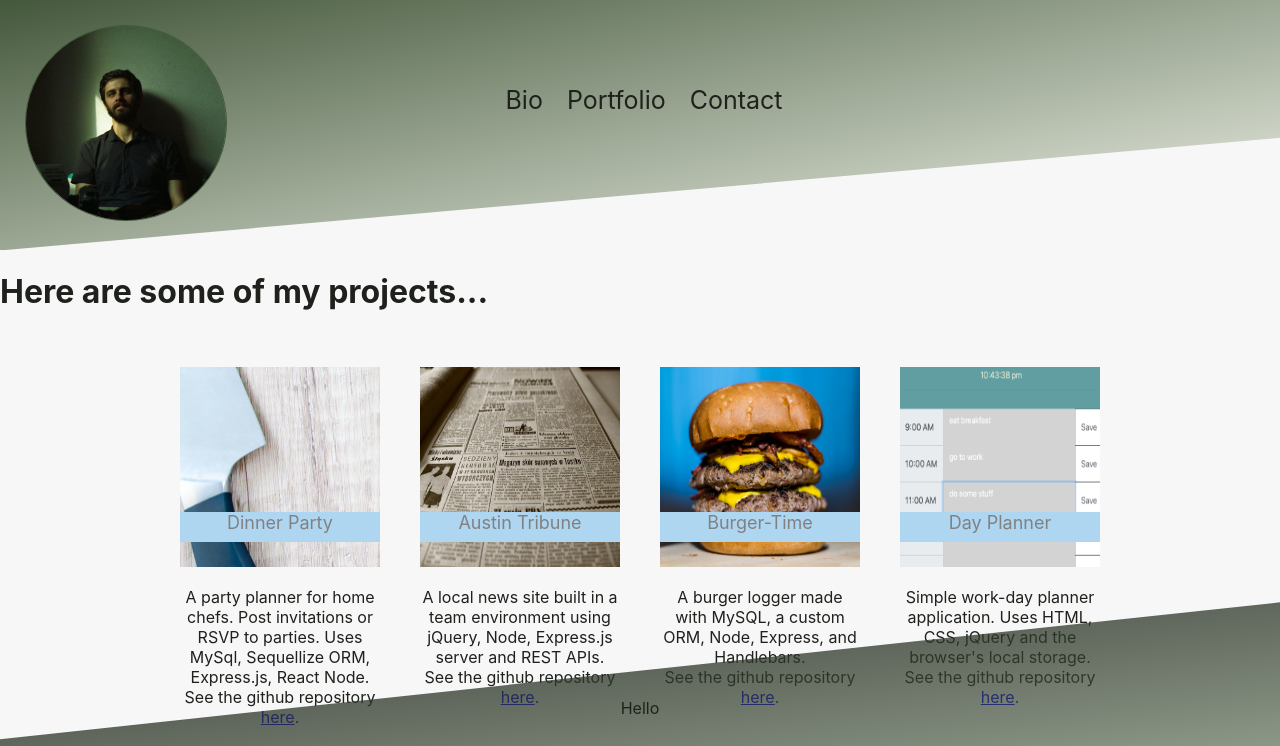
Repository: joeldelatte/react-portfolio
Page: /portfolio (app in client/)
The author's editor kept a copy of each file at every save. The page is drawn from the files as they stood at one save, then again after the next save.
The browser window is 1280 px wide. The pictures show the whole page.
The project was rebuilt for these pictures with package versions that can differ from the ones it lists, and the page was loaded fresh each time. Also part of the build but not shown: client/src/Components/Bio/Bio.js, client/src/Components/Contact/Contact.js.

Above is the page before, as saved 2020-07-12 14:21:56.

### client/public/index.html
<!doctype html>
<html lang="en">
  <head>
    <meta charset="utf-8">
    <meta name="viewport" content="width=device-width, initial-scale=1, shrink-to-fit=no">
    <meta name="theme-color" content="#000000">
    <!--
      manifest.json provides metadata used when your web app is added to the
      homescreen on Android. See https://developers.google.com/web/fundamentals/engage-and-retain/web-app-manifest/
    -->
    <link rel="manifest" href="%PUBLIC_URL%/manifest.json">
    <link rel="shortcut icon" href="%PUBLIC_URL%/favicon.ico">
    <!--
      Notice the use of %PUBLIC_URL% in the tags above.
      It will be replaced with the URL of the `public` folder during the build.
      Only files inside the `public` folder can be referenced from the HTML.

      Unlike "/favicon.ico" or "favicon.ico", "%PUBLIC_URL%/favicon.ico" will
      work correctly both with client-side routing and a non-root public URL.
      Learn how to configure a non-root public URL by running `npm run build`.
    -->
    <title>Joel Delatte</title>
  </head>
  <body>
    <noscript>
      You need to enable JavaScript to run this app.
    </noscript>
    <div id="root"></div>
    <!--
      This HTML file is a template.
      If you open it directly in the browser, you will see an empty page.

      You can add webfonts, meta tags, or analytics to this file.
      The build step will place the bundled scripts into the <body> tag.

      To begin the development, run `npm start` or `yarn start`.
      To create a production bundle, use `npm run build` or `yarn build`.
    -->
  </body>
</html>

### client/src/index.css
body {
  height:100%;
  min-height: 100%;
  margin: 0;
  padding: 0;
  border: 0;
  font-family: -apple-system, BlinkMacSystemFont, 'Segoe UI', 'Roboto', 'Oxygen',
    'Ubuntu', 'Cantarell', 'Fira Sans', 'Droid Sans', 'Helvetica Neue',
    sans-serif;
  -webkit-font-smoothing: antialiased;
  -moz-osx-font-smoothing: grayscale;
  background-color: rgb(247, 247, 247);
  color: rgb(31,33,28);
}

code {
  font-family: source-code-pro, Menlo, Monaco, Consolas, 'Courier New',
    monospace;
}

### client/src/App.js
import React from 'react';
import {BrowserRouter as Router, Route, Switch, Link} from "react-router-dom";
import './App.css';
import Bio from "./Components/Bio/Bio";
import Nav from "./Page/Nav";
import Contact from "./Components/Contact/Contact";
import Portfolio from "./Components/Portfolio/Portfolio";

export default function App() {
  return (
    <>
      <Router>
        <Nav />
        <Switch>
          <Route exact path="/">
            <Bio />
          </Route>
          <Route exact path="/contact">
            <Contact />
          </Route>
          <Route exact path="/portfolio">
            <Portfolio />
          </Route>
        </Switch>
      </Router>
      <footer>Hello</footer>
    </>
  );
}

### client/src/App.css

footer {
    margin-top: auto;
    height: 3rem;
    padding-top: 6rem;
    /* background-color: rgb(68,88,60); */
    background-image: linear-gradient(to right bottom, rgba(31,33,28, 0.901), rgba(68,88,60, 0.601));
    -webkit-clip-path: polygon(0 95%, 100% 0, 100% 100%, 0 100%);
    clip-path: polygon(0 95%, 100% 0, 100% 100%, 0 100%);
    text-align: center;
  }

### client/src/Page/Nav.js
import React from "react";
import {BrowserRouter as Router, Route, Switch, Link} from "react-router-dom";
import Avatar from "./Avatar";
import "./Page.css";

function Nav () {
    return (
      <div className="header">
        <Avatar />
        <div className="nav">
          <Link to="/">Bio</Link>
          <Link to="/portfolio">Portfolio</Link>
          <Link to="/contact">Contact</Link>
        </div>
      </div>
    );
};

export default Nav;

### client/src/Components/Portfolio/Portfolio.js
import React from "react";

import Dayplanner from "../Portfolio/images/dayplanner.png";
import NewsPaper from "../Portfolio/images/austin1.jpeg";
import Burger from "../Portfolio/images/burger.jpg"
import Knife from "../Portfolio/images/knife.png"

import './portfolio.css';

export default function Portfolio() {


    return (
      <div className="container">
        <h1>Here are some of my projects...</h1>
        <div className="portfolio">
          <div className="projectBox">
            <a
              href="https://rocky-meadow-16617.herokuapp.com/"
              target="_blank"
              rel="noopener noreferrer"
            >
              <img className="projectPhoto" src={Knife}></img>
              <section className="projectLabel">Dinner Party</section>
            </a>
            <p>
              A party planner for home chefs. Post invitations or RSVP to
              parties. Uses MySql, Sequellize ORM, Express.js, React Node.
              <br></br>
              See the github repository{" "}
              <a href="https://github.com/joeldelatte/Poject_3_Dinner_Party">
                here
              </a>
              .
            </p>
          </div>
          <div className="projectBox">
            <a
              href="https://mmoritz8.github.io/Project-1/Joel_art/arts.html"
              target="_blank"
              rel="noopener noreferrer"
            >
              <img className="projectPhoto" src={NewsPaper}></img>
              <section className="projectLabel">Austin Tribune</section>
            </a>
            <p>
              A local news site built in a team environment using jQuery, Node,
              Express.js server and REST APIs.
              <br></br>
              See the github repository{" "}
              <a href="https://github.com/mmoritz8/Project-1">here</a>.
            </p>
          </div>
          <div className="projectBox">
            <a
              href="https://boiling-lowlands-78090.herokuapp.com/"
              target="_blank"
              rel="noopener noreferrer"
            >
              <img className="projectPhoto" src={Burger}></img>
              <section className="projectLabel">Burger-Time</section>
            </a>
            <p>
              A burger logger made with MySQL, a custom ORM, Node, Express, and
              Handlebars.
              <br></br>
              See the github repository{" "}
              <a href="https://github.com/joeldelatte/eat-da-burger">here</a>.
            </p>
          </div>
          <div className="projectBox">
            <a
              href="https://joeldelatte.github.io/day-planner/"
              target="_blank"
              rel="noopener noreferrer"
            >
              <img className="projectPhoto" src={Dayplanner}></img>
              <section className="projectLabel">Day Planner</section>
            </a>
            <p>
              Simple work-day planner application. Uses HTML, CSS, jQuery and
              the browser's local storage.
              <br></br>
              See the github repository{" "}
              <a href="https://github.com/joeldelatte/day-planner">here</a>.
            </p>
          </div>
        </div>
        <div className="space"></div>
      </div>
    );
}

### client/src/Components/Bio/bio.css
.container {
    position: relative;
}

.bio {
    min-height: 100%;
    padding: 15px;
    max-width: 50%;
    margin: 0 auto;
    text-align: center;
    padding-bottom: -5rem;
}

.bio p {
    text-align: center;
}

footer {
  height: 3rem;
  padding-top: 6rem;
  /* background-color: rgb(68,88,60); */
  background-image: linear-gradient(to right bottom, rgba(31,33,28, 1), rgba(68,88,60, 0.501));
  -webkit-clip-path: polygon(0 95%, 100% 0, 100% 100%, 0 100%);
  clip-path: polygon(0 95%, 100% 0, 100% 100%, 0 100%);
  text-align: center;
}


    @media only screen and (max-width: 768px) {
        .viewContainer {
            margin-left: 110px;
        }
    }

### client/src/Page/Avatar.js
import React from "react";
import Portrait from "./images/joel_d.png"
import "./Page.css";

function Avatar () {

    return (
      <div>
          <img src={Portrait} alt="avatar"  className="avatar" />
      </div>
    );
};

export default Avatar;

### client/src/Page/Page.css
.header {
  /* height: 38%; */
  background-image: linear-gradient(to right bottom, rgba(68,88,60, 1), rgba(241,246,226, 0.501));
  background-size: cover;
  background-position: top;
  position: relative;
  -webkit-clip-path: polygon(0 0, 100% 0, 100% 55%, 0 100%);
  clip-path: polygon(0 0, 100% 0, 100% 55%, 0 100%);
  position: relative;
}

  .avatar {
    border: 1px solid;
    border-color: rgb(68,88,60);
    display: inline;
    max-width: 200px;
    max-height: 200px;
    border-radius: 100%;
    margin: 25px;
    }

.nav {
    position: absolute;
    top: 40%;
    left: 50%;
    transform: translate(-50%, -50%);
    text-align: center;
}

.nav a {
    padding: 6px 8px 6px 16px;
    text-decoration: none;
    font-size: 25px;
    color: rgb(31,33,28);
    display: inline;
    text-align: center;
  }

.nav a:hover {
    color: #f1f1f1;
}

### client/src/Components/Contact/contact.css
.container {
  position: relative;
}
.contact {
    min-height: 100%;
    padding: 15px;
    max-width: 50%;
    margin: 0 auto;
    text-align: center;
    padding-bottom: -5rem;
}

.contact a {
  padding: 6px 8px 6px 16px;
  text-decoration: underline;
  font-size: 18px;
  color: black;
  display: block;
}

.contact a:hover {
  color: #818181;
}

.email-address {
  padding: 6px 8px 6px 16px;
  font-size: 18px;
}

input[type=text], select {
    width: 100%;
    padding: 12px 20px;
    margin: 8px 0;
    display: inline-block;
    border: 1px solid #ccc;
    border-radius: 4px;
    box-sizing: border-box;
  }

  input[type=submit] {
    width: 15%;
    background-color: #4CAF50;
    color: white;
    padding: 14px 20px;
    margin: 8px 0;
    border: none;
    border-radius: 4px;
    cursor: pointer;
  }

  input[type=submit]:hover {
    background-color: #45a049;
  }

textarea {
    width: 100%;
    height: 150px;
    margin: 8px 0;
    padding: 12px 20px;
    box-sizing: border-box;
    border: 1px solid #ccc;
    border-radius: 4px;
    resize: none;
  }

  footer {
    height: 3rem;
    padding-top: 6rem;
    /* background-color: rgb(68,88,60); */
    background-image: linear-gradient(to right bottom, rgba(31,33,28, 0.901), rgba(68,88,60, 0.601));
    -webkit-clip-path: polygon(0 95%, 100% 0, 100% 100%, 0 100%);
    clip-path: polygon(0 95%, 100% 0, 100% 100%, 0 100%);
    text-align: center;
  }

  @media only screen and (max-width: 768px) {
    .contact {
      margin-left: 110px;
    }
  }

### client/src/Components/Portfolio/portfolio.css
.conatiner {
    text-align: center;
}

.portfolio {
    padding: 15px;
    display: flex;
    flex-wrap: wrap;
    justify-content: center;
    text-align: center;
}

/* h1 {
    margin-left: 35%;
} */

.projectBox {
    width: 200px;
    height: 200px;
    position: relative;
    text-align: center;
    margin: 20px;
}

.projectText {
    width: 200px;
    height: 200px;
    position: relative;
    text-align: center;
    margin-top: 20px;
}

.projectLabel {
    color: #818181;
    text-align: center;
    font-size: large;
    background-color: #aed6f1;
    width: 200px;
    height: 30px;
    padding: 4;
    position: absolute;
    top: 80%;
    left: 50%;
    transform: translate(-50%, -50%);

}

.projectPhoto {
    width: 200px;
    height: 200px;
    position: relative;
    text-align: center;
}

.move {
    padding-left: 45px;
    box-sizing: content-box;
}

footer {
    margin-top: auto;
    height: 3rem;
    padding-top: 6rem;
    /* background-color: rgb(68,88,60); */
    background-image: linear-gradient(to right bottom, rgba(31,33,28, 0.901), rgba(68,88,60, 0.601));
    -webkit-clip-path: polygon(0 95%, 100% 0, 100% 100%, 0 100%);
    clip-path: polygon(0 95%, 100% 0, 100% 100%, 0 100%);
    text-align: center;
  }

/* @media only screen and (max-width: 768px) {
    .move {
        padding-left: 130px;
        box-sizing: content-box;
    }
    .portfolio {
        margin-left: 110px;
    }

    .portfolio h1 {
        margin-left: 20px;
    }

    .projectBox {
        width: 200px;
        height: 200px;
        float: left;
        position: relative;
        text-align: center;
        margin: 20px 20px 150px 20px;

    }


}  */

Loaded but not shown: client/src/index.js (common file); client/src/serviceWorker.js (common file)

After the next save:
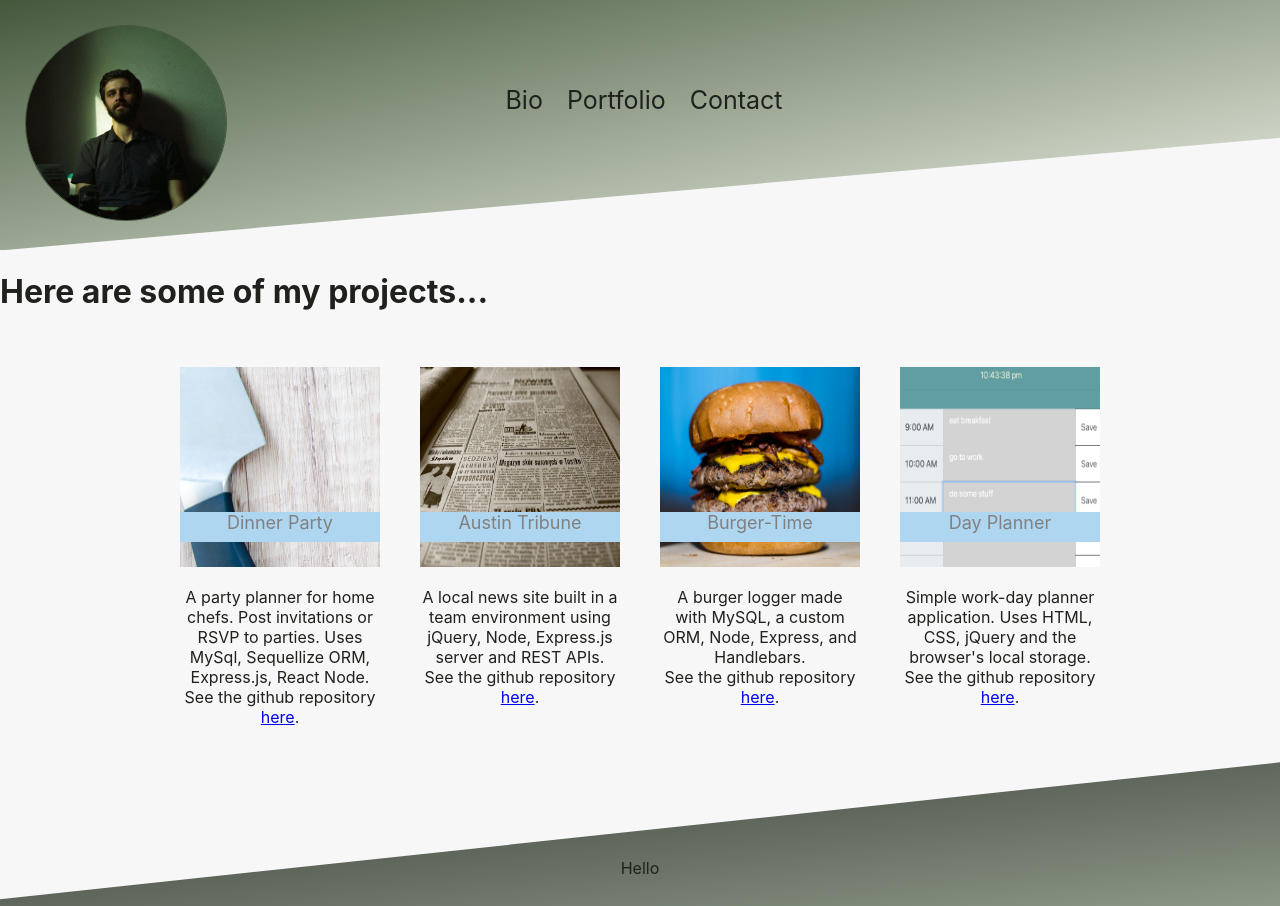
Saved 43 s later.
--- a/client/src/Components/Portfolio/portfolio.css
+++ b/client/src/Components/Portfolio/portfolio.css
@@ -68,6 +68,9 @@ footer {
     text-align: center;
   }
 
+.space {
+    height: 10rem;
+}
 /* @media only screen and (max-width: 768px) {
     .move {
         padding-left: 130px;
